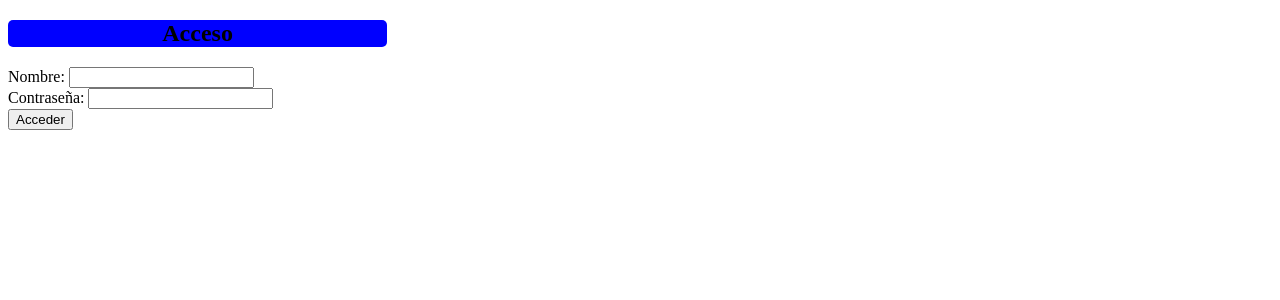
Repository: MateoSantander/Ejercicios4y5
Page: http://localhost/Ejercicio_4/JSP_login.jsp
These files come from the project's save history. The page is drawn as it stood at one moment and after the next save; the edit follows.
The browser window is 1280 px wide. The pictures show the whole page.
The page is served by Tomcat 9. Other server files are loaded and not shown.

Above is the page before, as saved 2022-03-18 13:28:26.

### Ejercicio_4/src/main/webapp/JSP_login.jsp
<%@ page language="java" contentType="text/html; charset=ISO-8859-1"
    pageEncoding="ISO-8859-1"%>
<!DOCTYPE html>
<html>
<head>
<meta charset="ISO-8859-1">
<title>acceso</title>
<link rel="stylesheet" href="css/design.css">
</head>
<body>
			<h2>Acceso</h2>
		<form action="login" method="post">
			Nombre: <input type="text" class="form-control" name="username"/>
			<br/>
			Contraseña: <input type="password" class="form-control" name="password"/>
			<br/>
			<input type="submit" value="Acceder">
		</form>
</body>
</html>

### Ejercicio_4/src/main/webapp/css/design.css
@charset "ISO-8859-1";

h2{
	 color:rgb(rgb(255, 0, 0), green, blue);
        text-align:center;
        width:30%;
        border-radius: 5px;
        background-color: blue;
}

After the next save:
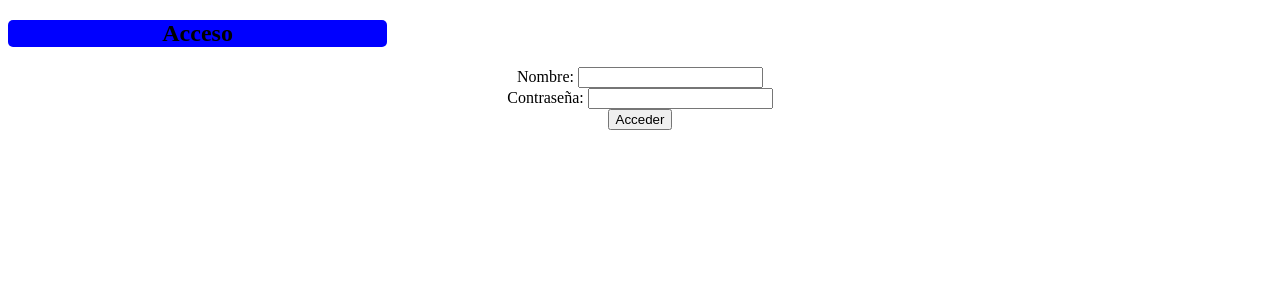
Saved 3 min 2 s later.
--- a/Ejercicio_4/src/main/webapp/css/design.css
+++ b/Ejercicio_4/src/main/webapp/css/design.css
@@ -7,3 +7,7 @@ h2{
         border-radius: 5px;
         background-color: blue;
 }
+
+body{
+	text-align:center;
+}
